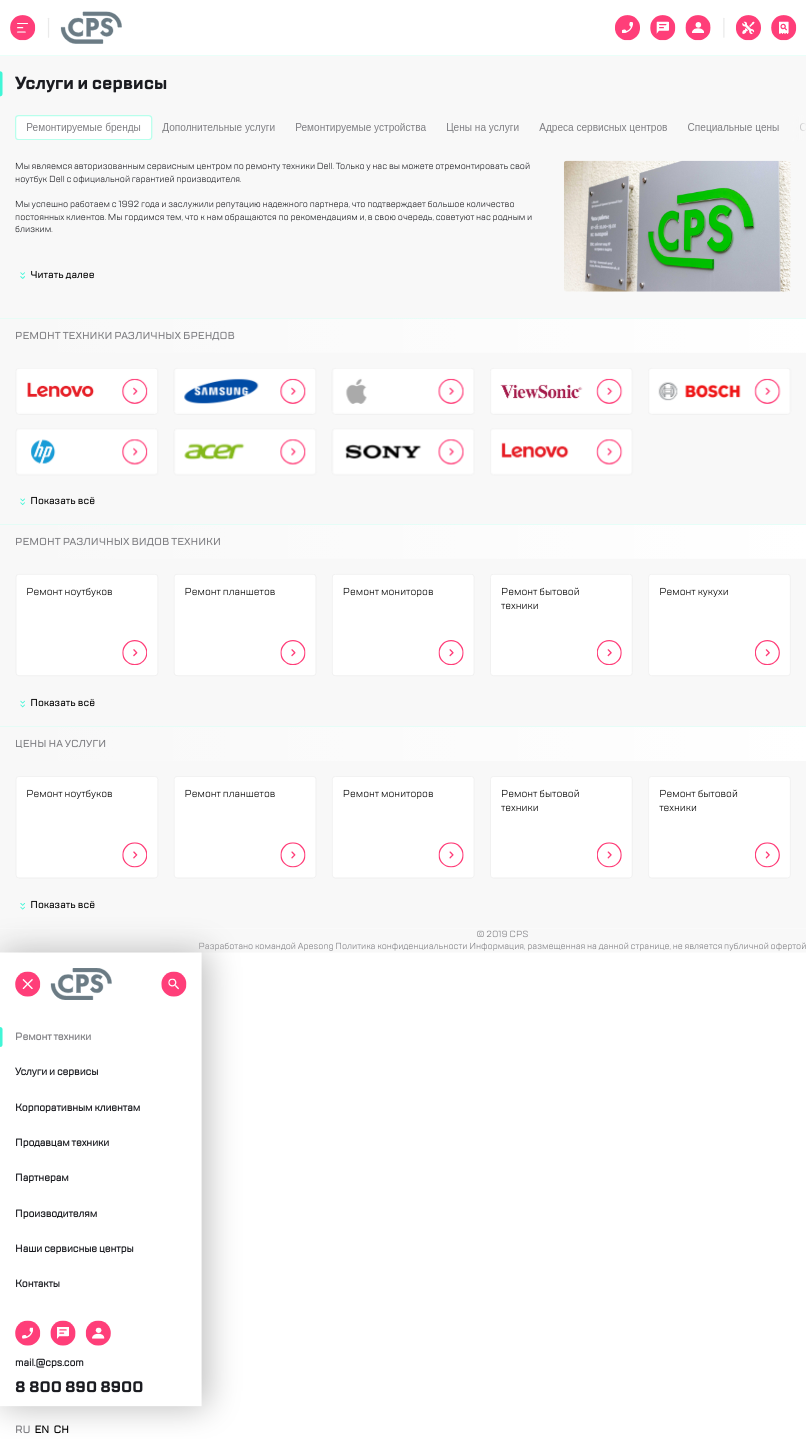
Repository: Dedoxa/WebCoreF
Page: /
An editor plug-in stored every save of this project. The page is shown before and after the next save, followed by the edit.
The browser window is 1280 px wide. The pictures show the whole page, at 63% of full size.
The project was rebuilt for these pictures with package versions that can differ from the ones it lists, and the page was loaded fresh each time. Also part of the build but not shown: webpack.config.js.

Above is the page before, as saved 2024-06-14 16:50:01.

After the next save:
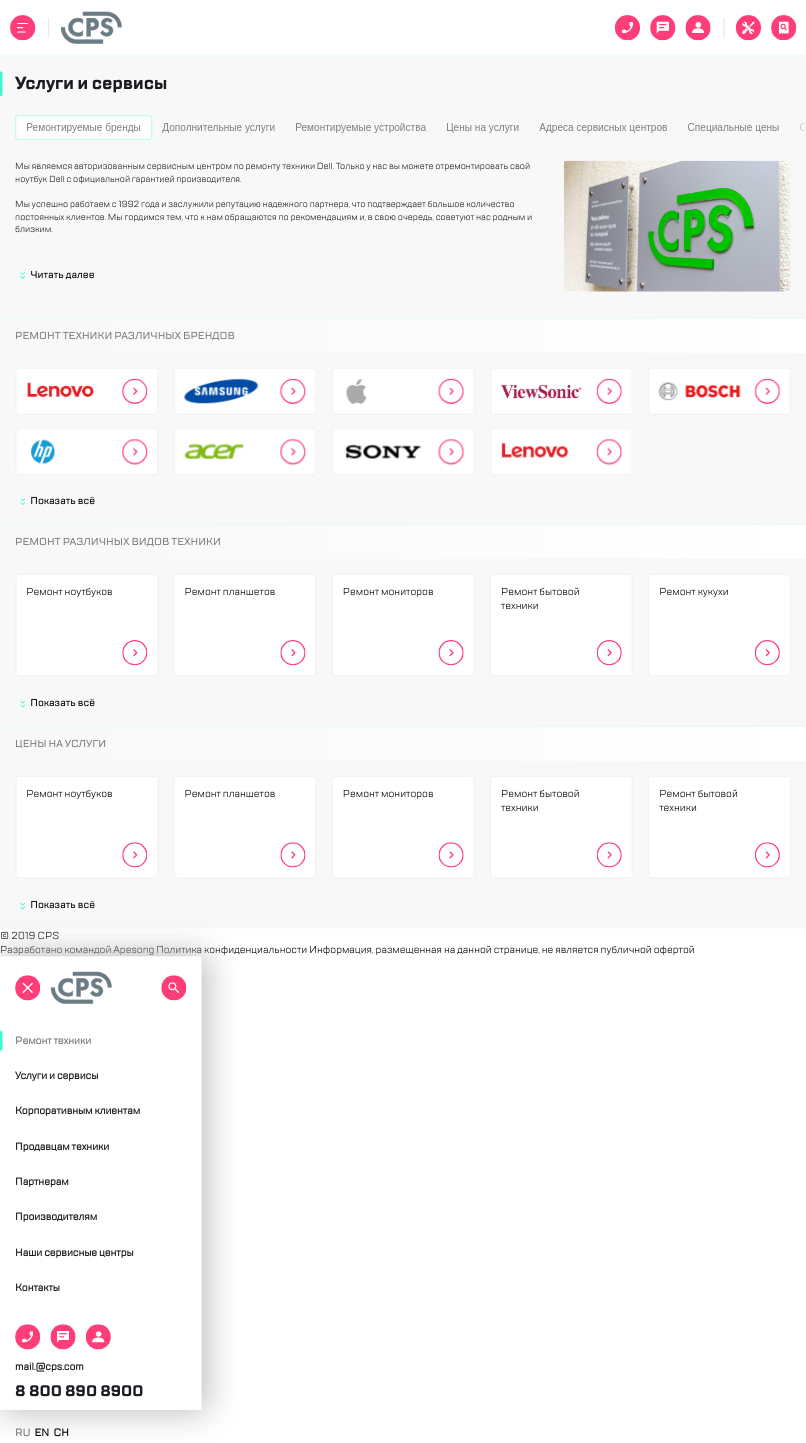
Saved 21 s later.
--- a/src/scss/footer.scss
+++ b/src/scss/footer.scss
@@ -1,14 +1,16 @@
 .footer {
-  background-color: #f8f8f8;
-  display: flex;
-  flex-direction: column;
-  justify-content: end;
-  font-size: 14px;
-  color: #7e7e82;
-  text-align: center;
-  gap: 16px;
+  .aside-footer__wrapper {
+    background-color: #f8f8f8;
+    display: flex;
+    flex-direction: column;
+    justify-content: end;
+    font-size: 14px;
+    color: #7e7e82;
+    text-align: center;
+    gap: 16px;
 
-  @media (min-width: 768px) {
-    flex-direction: row;
+    @media (min-width: 768px) {
+      flex-direction: row;
+    }
   }
 }
